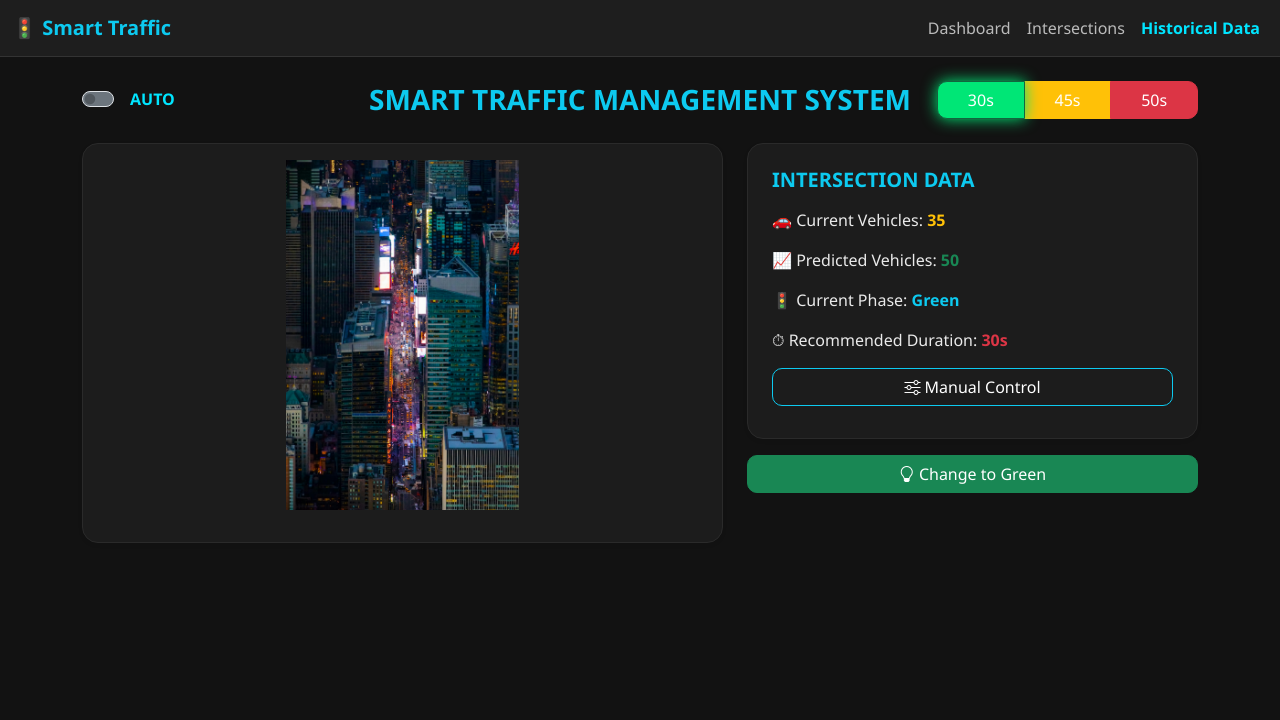
Repository: ayushkrpal/traffic-dashboard
Page: http://localhost/intersections
These files come from the project's save history. The page is drawn as it stood at one moment and after the next save; the edit follows.
The browser window is 1280 px wide. The pictures show the whole page.
The page is served by the project's Node server (server.js).

Above is the page before, as saved 2025-09-02 15:45:44.

After the next save:
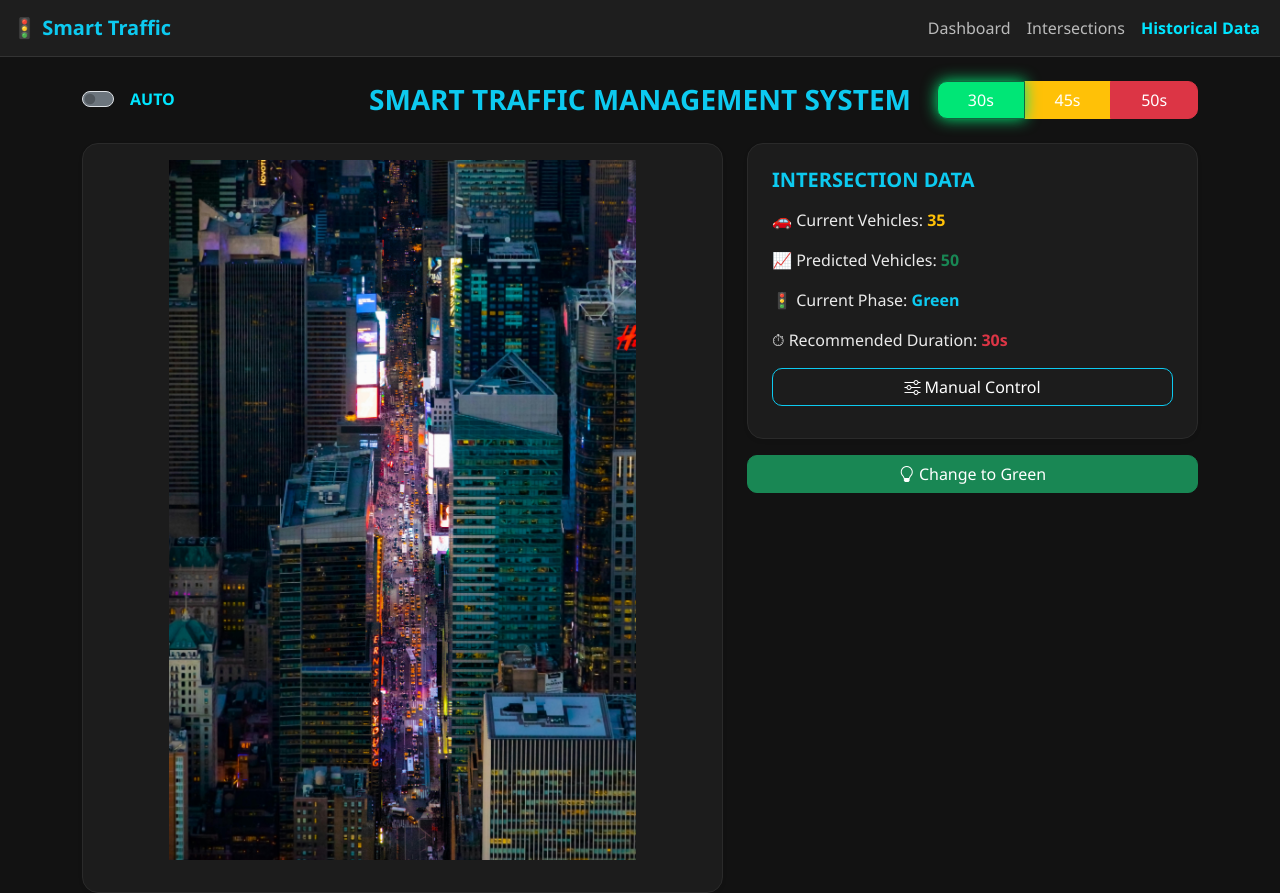
Saved 20 s later.
--- a/views/intersections.ejs
+++ b/views/intersections.ejs
@@ -44,7 +44,7 @@
 
     /* Intersection image */
    .intersection-img img {
-  max-height: 350px;
+  max-height: 700px;
   width: 100%;         /* make it responsive */
   height: auto;        /* maintain aspect ratio */
   object-fit: contain; /* prevent stretching/cropping */
